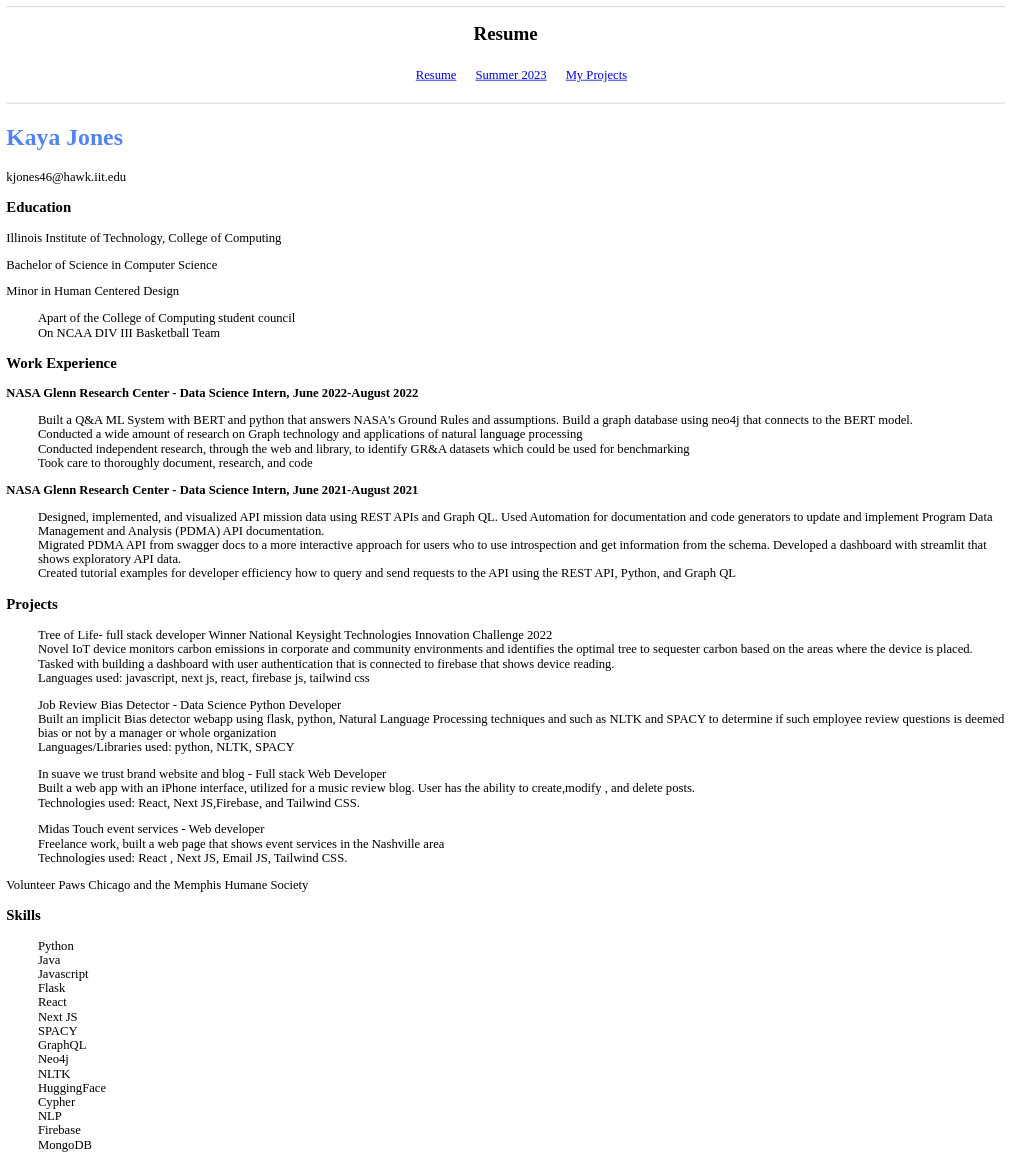
Repository: kayacancode/itm361project1
Page: index.html
An editor plug-in stored every save of this project. The page is shown before and after the next save, followed by the edit.
The browser window is 1280 px wide. The pictures show the whole page, at 79% of full size.
Some web fonts or font styles are not loaded; a fallback is used.

Above is the page before, as saved 2023-03-04 12:49:20.

### index.html
<!DOCTYPE html>
<html lang="en">
  <head>
    <meta charset="UTF-8" />
    <title>ITMD 361 - Web Development</title>
    <link rel="stylesheet" href="css/style.css" />

  </head>
  <body>
    <header>
      <nav>
        <h1>Resume</h1>
        <ul>
          <li><a href="index.html">Resume</a></li>
          <li><a href="summer2023.html">Summer 2023</a></li>
          <li><a href="projects.html">My Projects</a></li>
        </ul>
      </nav>
    </header>
    <h2>Kaya Jones</h2>
    <p>kjones46@hawk.iit.edu</p>
    <h3>Education</h3>
    <p>Illinois Institute of Technology, College of Computing</p>
    <p>Bachelor of Science in Computer Science</p>
    <p>Minor in Human Centered Design</p>
    <ul >
      <li>Apart of the College of Computing student council</li>
      <li>On NCAA DIV III Basketball Team</li>
    </ul>
    <section>
    <h3>Work Experience</h3>
    <p>
      <span style="font-weight:bold">NASA Glenn Research Center - Data Science Intern, June 2022-August 2022 </span>
    </p>
    <ul >
      <li>
        Built a Q&A ML System with BERT and python that answers NASA's Ground
        Rules and assumptions. Build a graph database using neo4j that connects
        to the BERT model.
      </li>
      <li>
        Conducted a wide amount of research on Graph technology and applications
        of natural language processing
      </li>
      <li>
        Conducted independent research, through the web and library, to identify
        GR&A datasets which could be used for benchmarking
      </li>
      <li>Took care to thoroughly document, research, and code</li>
    </ul>
    <p>
      <span style="font-weight:bold">NASA Glenn Research Center - Data Science Intern, June 2021-August 2021 </span>
    </p>
    <ul >
      <li>
        Designed, implemented, and visualized API mission data using REST APIs
        and Graph QL. Used Automation for documentation and code generators to
        update and implement Program Data Management and Analysis (PDMA) API
        documentation.
      </li>
      <li>
        Migrated PDMA API from swagger docs to a more interactive approach for
        users who to use introspection and get information from the schema.
        Developed a dashboard with streamlit that shows exploratory API data.
      </li>
      <li>
        Created tutorial examples for developer efficiency how to query and send
        requests to the API using the REST API, Python, and Graph QL
      </li>
    </ul>
  </section>
  <section>
    <h3>Projects</h3>
    <ul>
      <li>
        Tree of Life- full stack developer Winner National Keysight Technologies
        Innovation Challenge 2022
      </li>
      <li>
        Novel IoT device monitors carbon emissions in corporate and community
        environments and identifies the optimal tree to sequester carbon based
        on the areas where the device is placed.
      </li>
      <li>
        Tasked with building a dashboard with user authentication that is
        connected to firebase that shows device reading.
      </li>
      <li>
        Languages used: javascript, next js, react, firebase js, tailwind css
      </li>
    </ul>
    <ul>
      <li>Job Review Bias Detector - Data Science Python Developer</li>
      <li>
        Built an implicit Bias detector webapp using flask, python, Natural
        Language Processing techniques and such as NLTK and SPACY to determine
        if such employee review questions is deemed bias or not by a manager or
        whole organization
      </li>

      <li>Languages/Libraries used: python, NLTK, SPACY</li>
    </ul>
    <ul >
      <li>
        In suave we trust brand website and blog - Full stack Web Developer
      </li>
      <li>
        Built a web app with an iPhone interface, utilized for a music review
        blog. User has the ability to create,modify , and delete posts.
      </li>

      <li>Technologies used: React, Next JS,Firebase, and Tailwind CSS.</li>
    </ul>

    <ul>
      <li>Midas Touch event services - Web developer</li>
      <li>
        Freelance work, built a web page that shows event services in the
        Nashville area
      </li>

      <li>Technologies used: React , Next JS, Email JS, Tailwind CSS.</li>
    </ul>
  </section>
    <p>Volunteer Paws Chicago and the Memphis Humane Society</p>

    <h3>Skills</h3>
    <ul >
      <li>Python</li>
      <li>Java</li>
      <li>Javascript</li>
      <li>Flask</li>
      <li>React</li>
      <li>Next JS</li>
      <li>SPACY</li>
      <li>GraphQL</li>
      <li>Neo4j</li>
      <li>NLTK</li>
      <li>HuggingFace</li>
      <li>Cypher</li>
      <li>NLP</li>
      <li>Firebase</li>
      <li>MongoDB</li>
    </ul>
  </body>
</html>

### css/style.css
@import url("https://fonts.googleapis.com/css2?family=Tilt+Warp&display=swap");

ul{
    list-style-type: none;
}

nav{
    border:1px solid #ccc;
    border-width:1px 0;
    list-style:none;
    margin:0;
    padding:0;
    text-align:center;
}
nav li{
    display:inline;
}
nav a{
    display:inline-block;
    padding:10px;
}

h1{
    font-family: "Tilt Warp", cursive;

}
h2{
    font-size: 30px;
    font-family: "Tilt Warp", cursive;
    color:#5082FA;
}

.websites img{
    display: block;
    margin-left: auto;
    margin-right: auto;
    max-width: 50%;
    height: 350px;
    border-radius: 20px;
}

After the next save:
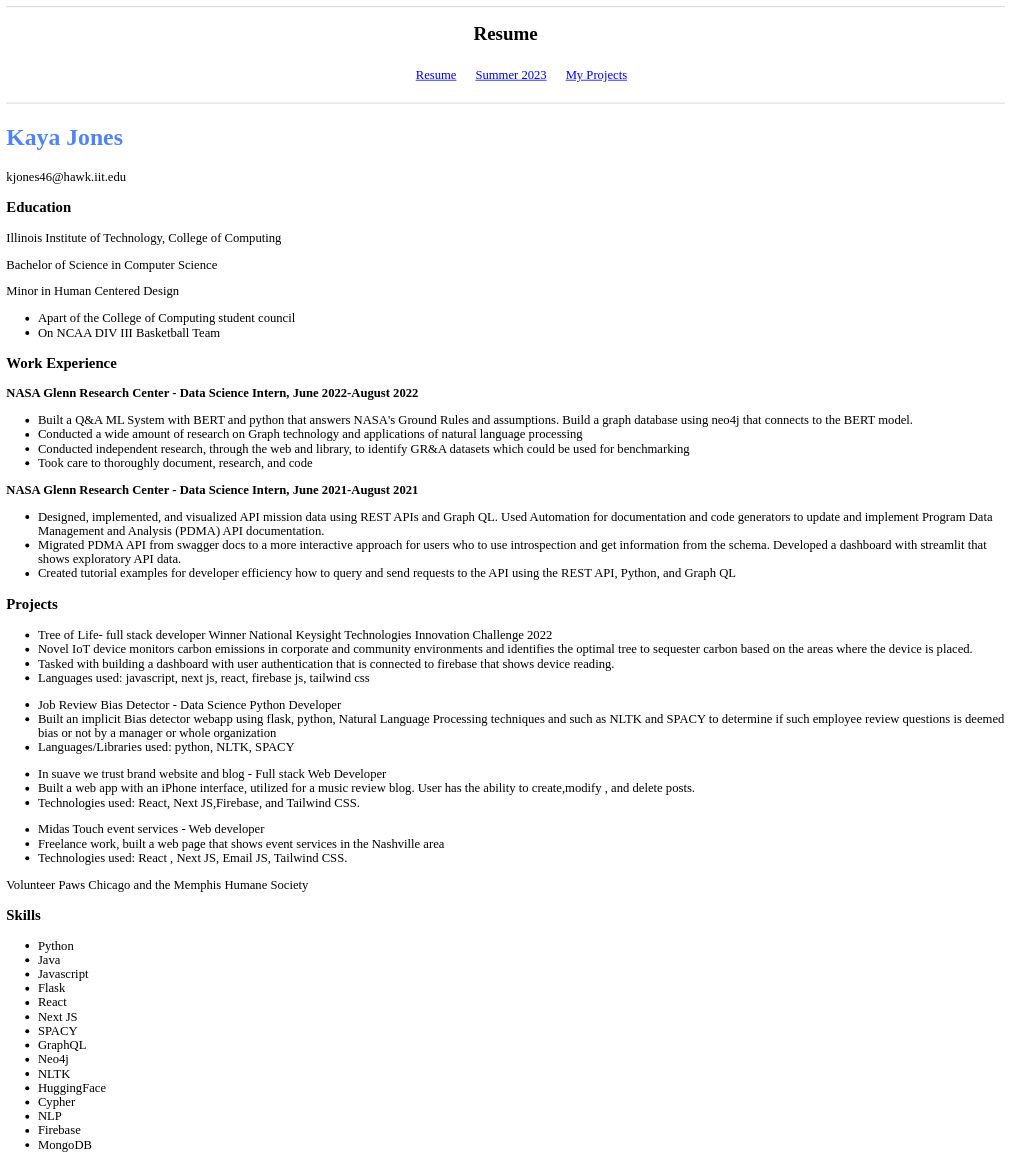
Saved 5 min 9 s later.
--- a/css/style.css
+++ b/css/style.css
@@ -1,8 +1,6 @@
 @import url("https://fonts.googleapis.com/css2?family=Tilt+Warp&display=swap");
 
-ul{
-    list-style-type: none;
-}
+
 
 nav{
     border:1px solid #ccc;
